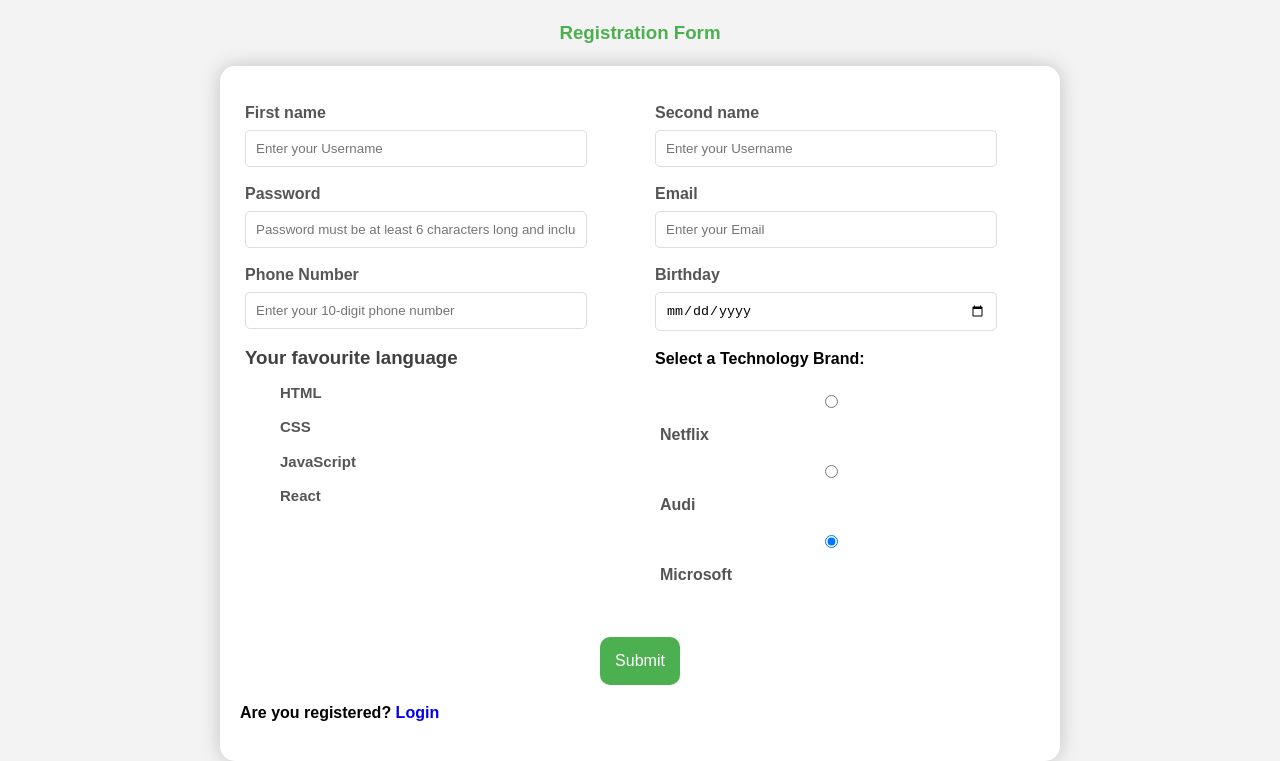
Repository: alizey12/Regestratin-Form-js
Page: regester.html
An editor plug-in stored every save of this project. The page is shown before and after the next save, followed by the edit.
The browser window is 1280 px wide. The pictures show the whole page.

Above is the page before, as saved 2024-11-29 20:21:13.

### regester.html
<!DOCTYPE html>
<html lang="en">
<head>
    <meta charset="UTF-8">
    <meta name="viewport" content="width=device-width, initial-scale=1.0">
    <link rel="stylesheet" href="regester.css">
    <title>Registration Form</title>
</head>
<body>
    <h3>Registration Form</h3>
    <div class="main">
        <form id="signupForm" action="">
            <div class="grid-container">
                <div>
                    <label for="username">First name</label>
                    <input type="text" id="username" name="username"
                           placeholder="Enter your Username"
                           required pattern="^[a-zA-Z0-9_]{3,15}$"
                           title="Username must be 3-15 characters long and can only contain letters, numbers, and underscores.">


                           <label for="password">Password</label>
                           <input type="password" id="password" name="password"
                                  placeholder="Password must be at least 6 characters long and include one letter and one number."
                                  required pattern="^(?=.*[A-Za-z])(?=.*\d)[A-Za-z\d]{6,}$"
                                  title="Password must be at least 6 characters long and include one letter and one number.">


                 <label for="quantity">Phone Number</label>
                 <input type="text" id="quantity" name="quantity"
                        placeholder="Enter your 10-digit phone number"
                        required pattern="^\d{10}$"
                        title="Enter a valid 10-digit phone number.">

                    <h3 class="heading">Your favourite language</h3>
                    <label class="container">
                        HTML
                        <input type="checkbox" name="language" value="HTML">
                    </label>
                    <label class="container">
                        CSS
                        <input type="checkbox" name="language" value="CSS">
                    </label>
                    <label class="container">
                        JavaScript
                        <input type="checkbox" name="language" value="JavaScript">
                    </label>
                    <label class="container">
                        React
                        <input type="checkbox" name="language" value="React">
                    </label>

                </div>
                <div>
                    <label for="username">Second name</label>
                    <input type="text" id="username" name="username"
                           placeholder="Enter your Username"
                           required pattern="^[a-zA-Z0-9_]{3,15}$"
                           title="Username must be 3-15 characters long and can only contain letters, numbers, and underscores.">

                    <label for="email">Email</label>
                    <input type="email" id="email" name="email"
                           placeholder="Enter your Email"
                           required pattern="^[a-zA-Z0-9._%+-]+@[a-zA-Z0-9.-]+\.[a-zA-Z]{2,}$">

                    <label for="birthday">Birthday</label>
                    <input type="date" id="birthday" name="birthday" required>


                        <p><b>Select a Technology Brand:</p>

                        <div>
                            <input type="radio"
                                   id="Netflix"
                                   name="brand"
                                   value="Netflix">
                            <label for="Netflix">Netflix</label>
                        </div>

                        <div>
                            <input type="radio"
                                   id="Audi"
                                   name="brand"
                                   value="Audi">
                            <label for="Audi">Audi</label>
                        </div>

                        <div>
                            <input type="radio"
                                   id="Microsoft"
                                   name="brand"
                                   value="Microsoft" checked>
                            <label for="Microsoft">Microsoft</label>
                        </div>



                </div>
            </div>
            <div class="wrap">
                <button type="submit">Submit</button>
            </div>
        </form>
        <p>Are you registered?
            <a href="signin.html" style="text-decoration: none;">Login</a>
        </p>
    </div>
    <script src="Regester.js"></script>
</body>
</html>

### regester.css
 body {
    display: flex;
    align-items: center;
    justify-content: center;
    font-family: sans-serif;
    line-height: 1.5;
    min-height: 100vh;
    background: #f3f3f3;
    flex-direction: column;
    margin: 0;
}

.main {
    background-color: #fff;
    border-radius: 15px;
    box-shadow: 0 0 20px rgba(0, 0, 0, 0.2);
    padding: 20px;
    transition: transform 0.2s;
    width: 800px;
}

h3 {
    color: #4CAF50;
    text-align: center;
}

label {
    display: block;
    margin-top: 10px;
    margin-bottom: 5px;
    text-align: left;
    color: #555;
    font-weight: bold;
}

input {
    display: block;
    width: 90%;
    margin-bottom: 15px;
    padding: 10px;
    box-sizing: border-box;
    border: 1px solid #ddd;
    border-radius: 5px;
}

button {
    padding: 15px;
    border-radius: 10px;
    margin-top: 15px;
    border: none;
    color: white;
    cursor: pointer;
    background-color: #4CAF50;
    font-size: 16px;
}

.wrap {
    display: flex;
    justify-content: center;
    align-items: center;
}

.grid-container {
    display: grid;

    grid-template-columns: 1fr 1fr;
    gap: 20px;
}

.grid-container div {
    padding: 5px;
}


.container {
    display: block;
    position: relative;
    padding-left: 35px;
    margin-bottom: 12px;
    cursor: pointer;
    font-size: 15px;
    -webkit-user-select: none;
    -moz-user-select: none;
    -ms-user-select: none;
    user-select: none;
  }
  .gen-rad{
    margin-top: 20%;
  }
  .container input {
    position: absolute;
    opacity: 0;
    cursor: pointer;
    height: 0;
    width: 0;
  }
  .heading{
    color: rgb(65, 63, 63);
    display: contents;
  padding: 5px;
  }
  .checkmark {
    position: absolute;
    top: 0;
    left: 0;
    height: 25px;
    width: 25px;
    background-color: #eee;
  }

  .container:hover input .checkmark {
    background-color: #ccc;
  }

  .container input:checked .checkmark {
    background-color: #279e63;
  }

  .checkmark:after {
    content: "";
    position: absolute;
    display: none;
  }

  .container input:checked  .checkmark:after {
    display: block;
  }


  .container .checkmark:after {
    left: 9px;
    top: 5px;
    width: 5px;
    height: 10px;
    border: solid white;
    border-width: 0 3px 3px 0;
    -webkit-transform: rotate(45deg);
    -ms-transform: rotate(45deg);
    transform: rotate(45deg);
  }


.gen-rad p {
    margin-bottom: 1px;
    font-weight: bold;
    color: #555;
}


.gen-rad label {

    font-size: 14px;
    color: #333;
}

### Regester.js
document.getElementById('signupForm').addEventListener('submit', function (event) {
    event.preventDefault(); // Prevent form submission

    // Get field values
    const username = document.getElementById('username').value;
    const email = document.getElementById('email').value;
    const password = document.getElementById('password').value;
    const quantity = document.getElementById('quantity').value;
    const birthday = document.getElementById('birthday').value;
    const gender = document.querySelector('input[name="gender"]:checked');
    const languages = Array.from(document.querySelectorAll('input[name="language"]:checked'))
                            .map(lang => lang.value);

    // Validate gender
    if (!gender) {
        alert('Please select your gender.');
        return;
    }

    // Validate at least one language is selected
    if (languages.length === 0) {
        alert('Please select at least one favourite language.');
        return;
    }

    // Log values in the console
    console.log('Username:', username);
    console.log('Email:', email);
    console.log('Password:', password);
    console.log('Phone Number:', quantity);
    console.log('Birthday:', birthday);
    console.log('Gender:', gender.value);
    console.log('Languages:', languages);

    // Show success message
    alert('Signup successful!');
});

After the next save:
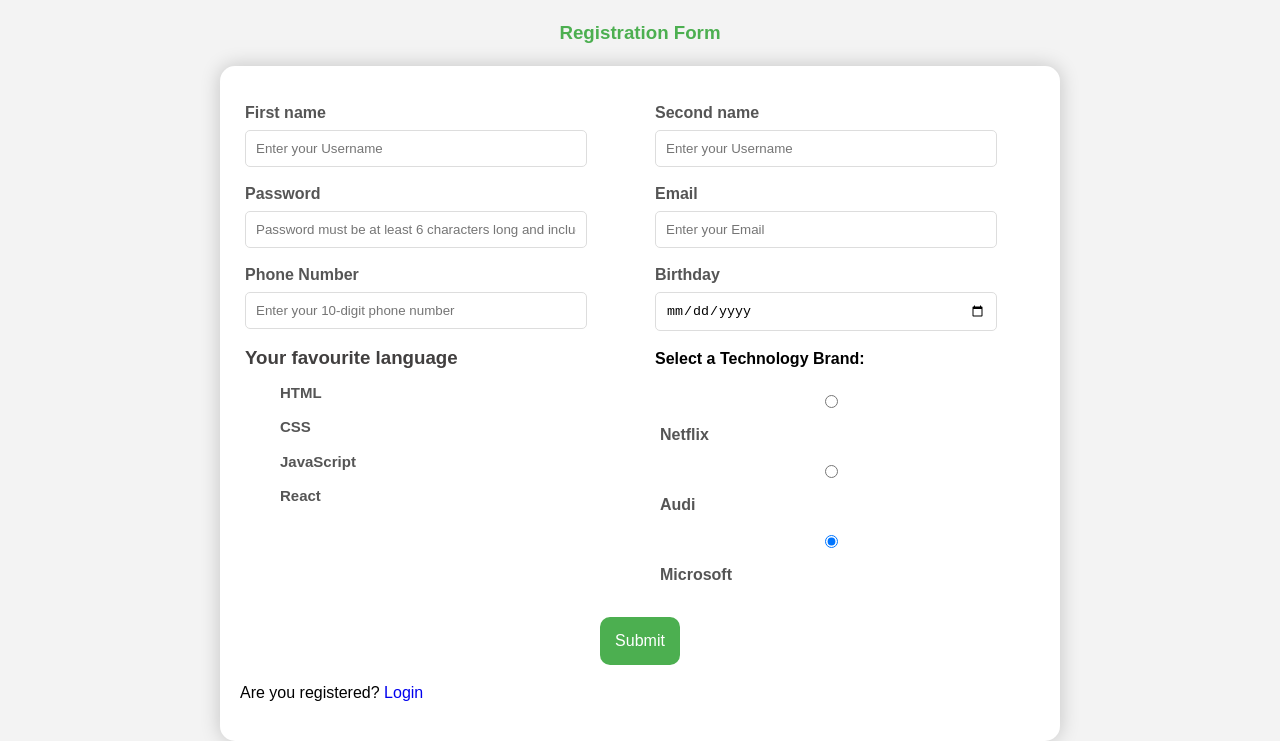
Saved 4 s later.
--- a/regester.html
+++ b/regester.html
@@ -67,7 +67,7 @@
                     <input type="date" id="birthday" name="birthday" required>
 
 
-                        <p><b>Select a Technology Brand:</p>
+                        <p><b>Select a Technology Brand:</b></p>
 
                         <div>
                             <input type="radio"
